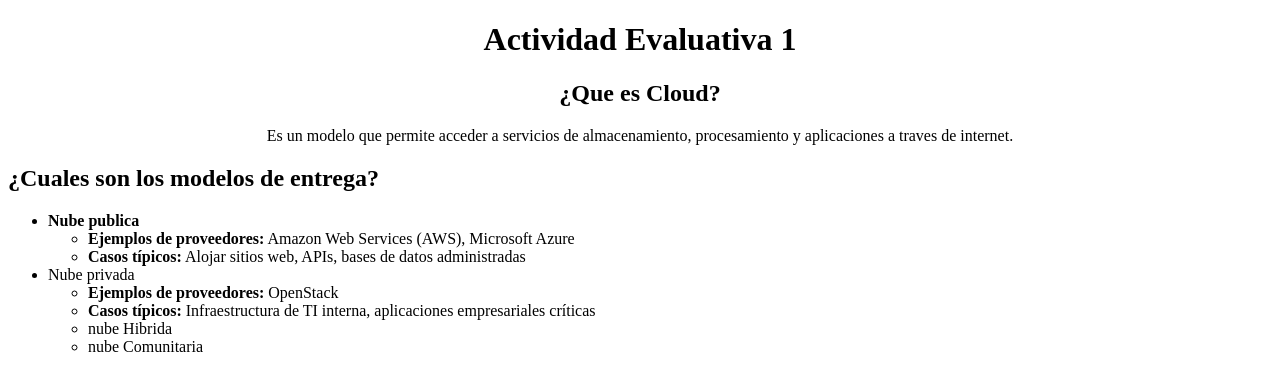
Repository: Laura-Oliveros/Actividad-Evaluativa-1
Page: LauSebas.html
These files come from the project's save history. The page is drawn as it stood at one moment and after the next save; the edit follows.
The browser window is 1280 px wide. The pictures show the whole page.

Above is the page before, as saved 2025-09-04 19:02:00.

After the next save:
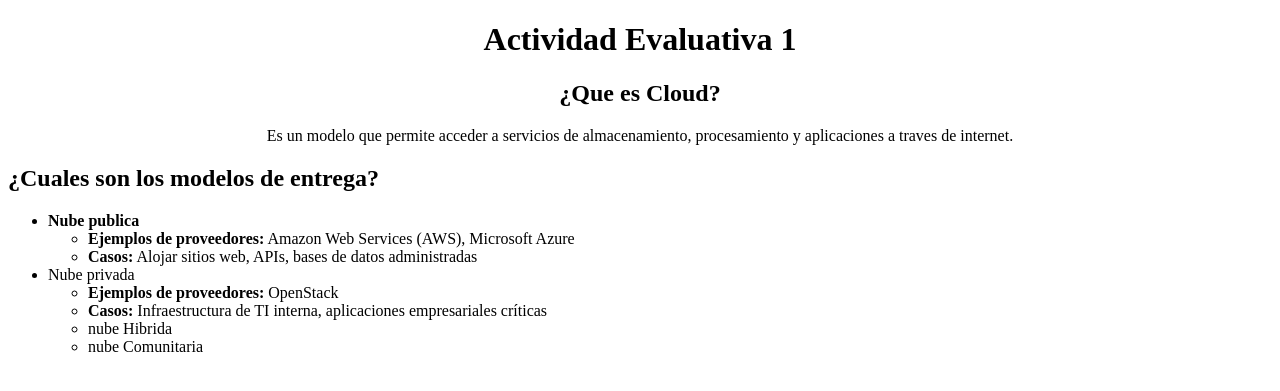
Saved 19 s later.
--- a/LauSebas.html
+++ b/LauSebas.html
@@ -18,13 +18,13 @@
             <li><strong>Nube publica</strong></li>
             <ul>
                 <li><strong>Ejemplos de proveedores:</strong> Amazon Web Services (AWS), Microsoft Azure</li>
-                <li><strong>Casos típicos:</strong> Alojar sitios web, APIs, bases de datos administradas</li>
+                <li><strong>Casos:</strong> Alojar sitios web, APIs, bases de datos administradas</li>
             </ul>
 
             <li>Nube privada</li>
             <ul>
                 <li><strong>Ejemplos de proveedores:</strong> OpenStack</li>
-                <li><strong>Casos típicos:</strong> Infraestructura de TI interna, aplicaciones empresariales críticas</li>
+                <li><strong>Casos:</strong> Infraestructura de TI interna, aplicaciones empresariales críticas</li>
             <li>nube Hibrida</li>
             <li>nube Comunitaria</li>
         </ul>
